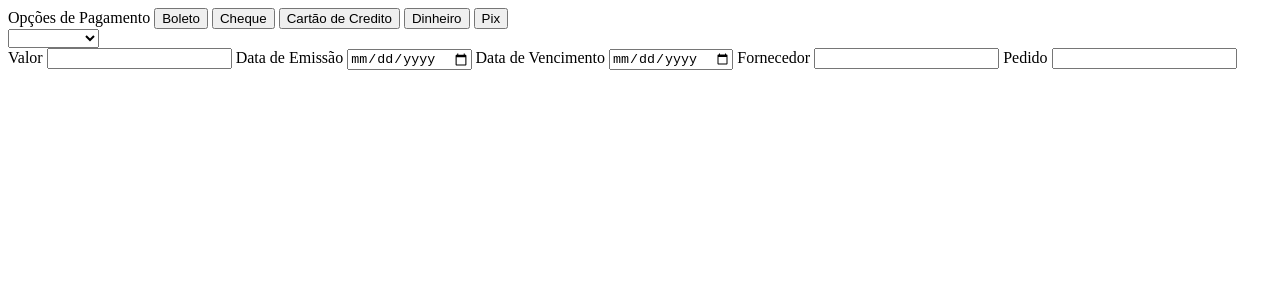
Repository: RobertoAntunes35/payment-control
Page: FRONTEND/index.html
The author's editor kept a copy of each file at every save. The page is drawn from the files as they stood at one save, then again after the next save.
The browser window is 1280 px wide. The pictures show the whole page.

Above is the page before, as saved 2023-03-17 14:11:26.

### FRONTEND/index.html
<!DOCTYPE html>
<html lang="en">
<head>
    <meta charset="UTF-8">
    <meta http-equiv="X-UA-Compatible" content="IE=edge">
    <meta name="viewport" content="width=device-width, initial-scale=1.0">
    <title>Contas a Pagar</title>
</head>
<body>
    <header></header>
    <main>
        <div class="container">
            <div class="left-side">
                <div class="buttons">
                    <label for="">Opções de Pagamento</label>
                    <button>Boleto</button>
                    <button>Cheque</button>
                    <button>Cartão de Credito</button>
                    <button>Dinheiro</button>
                    <button>Pix</button>
                </div>
                <div class="values-payment">
                    <div class="fornecedor">
                        <select name="" id="">
                            <label for="">Fornecedores</label>
                            <option value="" selected></option>
                            <option value="">BELLPAR</option>
                            <option value="">ASTECA</option>
                            <option value="">SOCORRO</option>
                            <option value="">BELLPAR</option>
                        </select>
                    </div>
                    <label for="value">Valor</label>
                    <input type="text" id="value">

                    <label for="emissao">Data de Emissão</label>
                    <input type="date" id="emissao">

                    <label for="vencimento">Data de Vencimento</label>
                    <input type="date" id="vencimento">

                    <label for="fornecedor">Fornecedor</label>
                    <input type="text" id="fornecedor">

                    <label for="pedido">Pedido</label>
                    <input type="text" id="pedido">
                </div>
            </div>
            <div class="right-side">

            </div>
        </div>
    </main>
    <footer></footer>
</body>
</html>

After the next save:
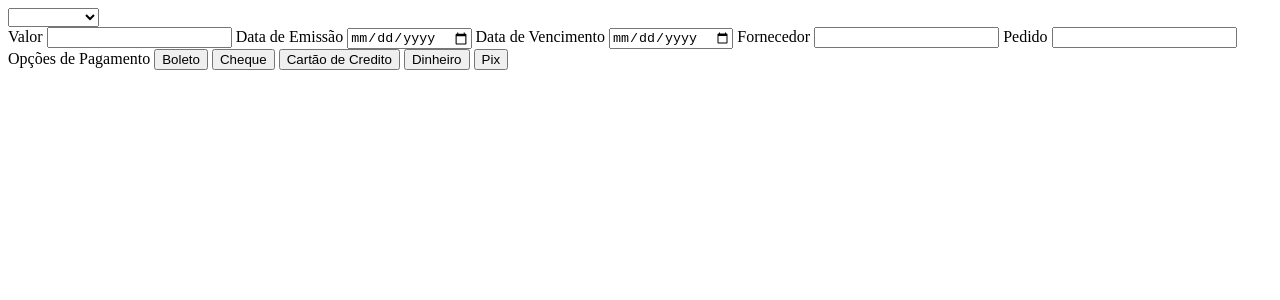
Saved 65 s later.
--- a/FRONTEND/index.html
+++ b/FRONTEND/index.html
@@ -11,14 +11,7 @@
     <main>
         <div class="container">
             <div class="left-side">
-                <div class="buttons">
-                    <label for="">Opções de Pagamento</label>
-                    <button>Boleto</button>
-                    <button>Cheque</button>
-                    <button>Cartão de Credito</button>
-                    <button>Dinheiro</button>
-                    <button>Pix</button>
-                </div>
+
                 <div class="values-payment">
                     <div class="fornecedor">
                         <select name="" id="">
@@ -30,6 +23,7 @@
                             <option value="">BELLPAR</option>
                         </select>
                     </div>
+
                     <label for="value">Valor</label>
                     <input type="text" id="value">
 
@@ -45,6 +39,14 @@
                     <label for="pedido">Pedido</label>
                     <input type="text" id="pedido">
                 </div>
+                <div class="buttons">
+                    <label for="">Opções de Pagamento</label>
+                    <button>Boleto</button>
+                    <button>Cheque</button>
+                    <button>Cartão de Credito</button>
+                    <button>Dinheiro</button>
+                    <button>Pix</button>
+                </div>
             </div>
             <div class="right-side">
 
